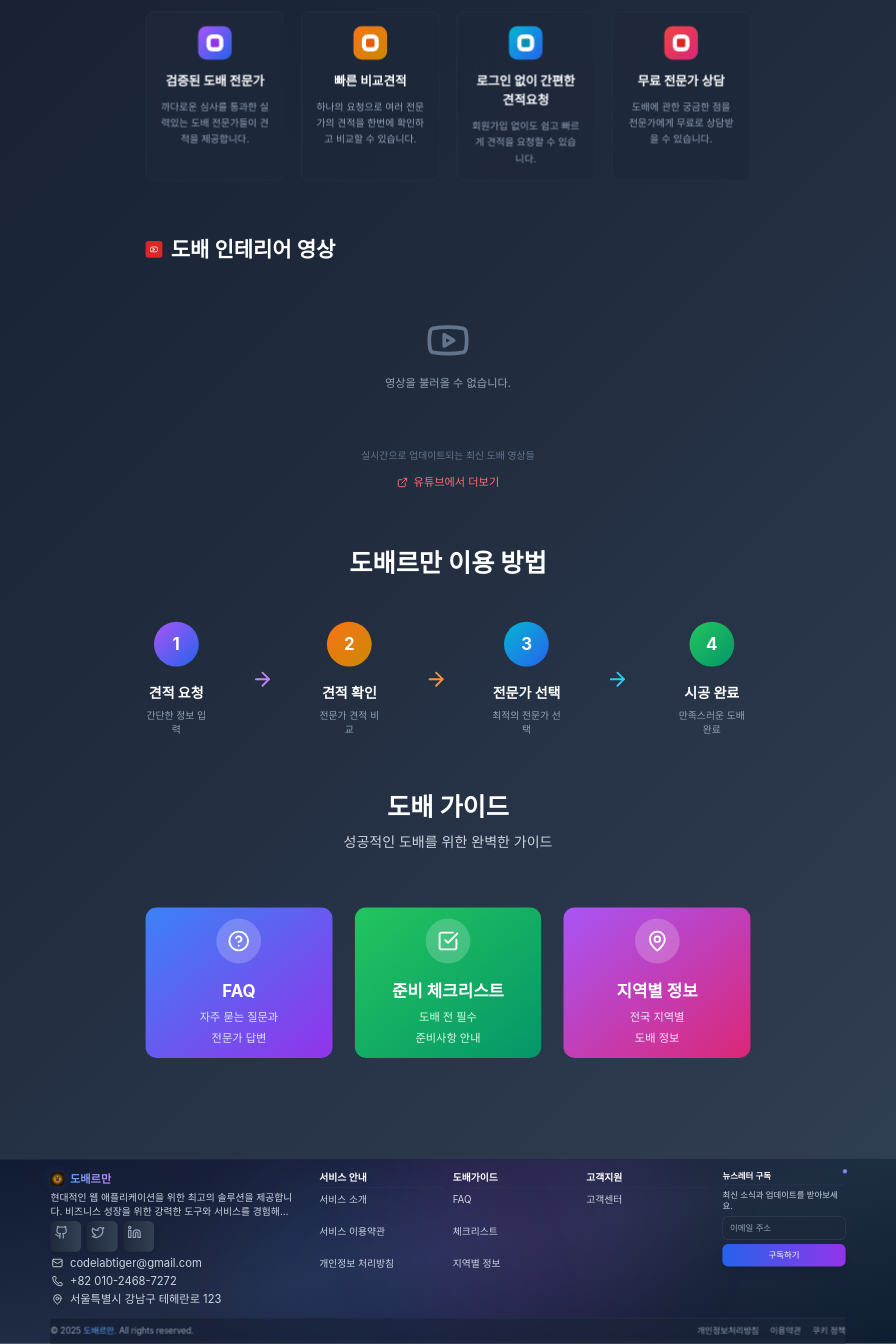
Repository: rambozzang/doberman_nextjs
Page: /
An editor plug-in stored every save of this project. The page is shown before and after the next save, followed by the edit.
The browser window is 1280 px wide. The pictures show the part of the page from y = 1345 to 3265 px (the page is 3265 px tall), at 70% of full size.
The page's requests for data from a server got no answer. The project was rebuilt for these pictures with package versions that can differ from the ones it lists, and the page was loaded fresh each time. The framework's server and built-in components were replaced by stand-ins that run in the browser. No one was signed in, and anything a server would have sent is missing. Also part of the build but not shown: next.config.mjs, next.config.ts, src/components/AutoLogoutWarning.tsx, src/components/ForgotPasswordModal.tsx, src/components/LoginModal.tsx, src/components/RegisterModal.tsx.

Above is the page before, as saved 2025-06-28 10:00:15.

After the next save:
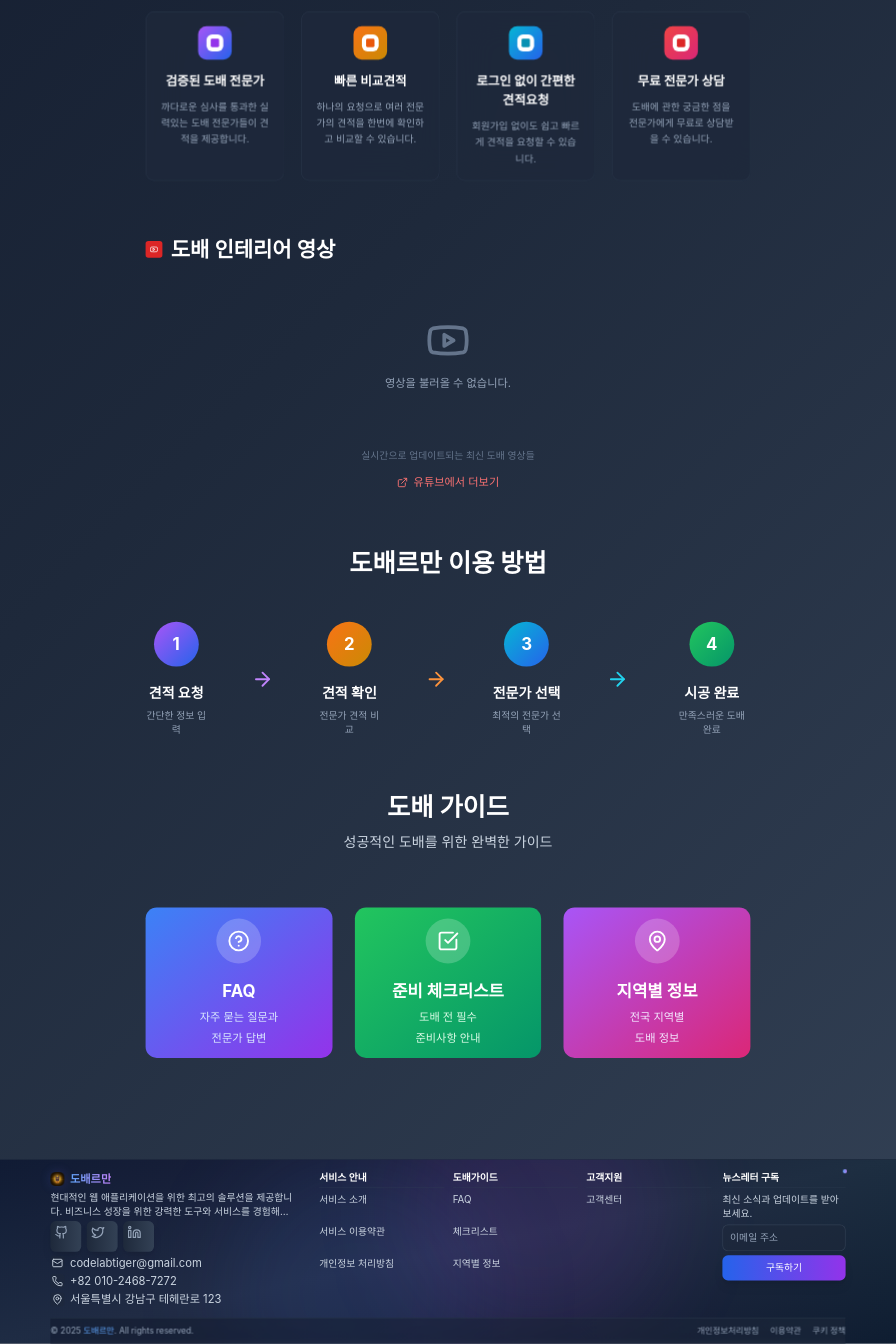
Saved 20 s later.
--- a/src/components/Footer.tsx
+++ b/src/components/Footer.tsx
@@ -315,12 +315,12 @@ const Footer: React.FC<FooterProps> = ({
                   className="space-y-1.5 lg:space-y-1.5"
                 >
                   <div className="relative">
-                    <h3 className="text-xs sm:text-sm lg:text-xs font-semibold text-white border-b border-slate-700/50 pb-1">
+                    <h3 className="text-sm sm:text-base lg:text-sm font-semibold text-white border-b border-slate-700/50 pb-1">
                       뉴스레터 구독
                     </h3>
                     <div className="absolute -top-0.5 -right-0.5 w-1.5 h-1.5 bg-gradient-to-r from-blue-400 to-purple-400 rounded-full animate-pulse"></div>
                   </div>
-                  <p className="text-xs sm:text-sm lg:text-xs text-slate-300">
+                  <p className="text-sm sm:text-base lg:text-sm text-slate-300">
                     최신 소식과 업데이트를 받아보세요.
                   </p>
                   <form onSubmit={handleNewsletterSubmit} className="space-y-1.5 lg:space-y-1.5">
@@ -328,7 +328,7 @@ const Footer: React.FC<FooterProps> = ({
                       <input
                         type="email"
                         placeholder="이메일 주소"
-                        className="w-full px-2.5 py-1.5 lg:px-2.5 lg:py-2 text-xs lg:text-xs bg-slate-800/50 border border-slate-600/50 rounded-lg focus:outline-none focus:ring-2 focus:ring-blue-500 focus:border-transparent text-white placeholder-slate-400 transition-all duration-200"
+                        className="w-full px-2.5 py-1.5 lg:px-2.5 lg:py-2 text-sm lg:text-sm bg-slate-800/50 border border-slate-600/50 rounded-lg focus:outline-none focus:ring-2 focus:ring-blue-500 focus:border-transparent text-white placeholder-slate-400 transition-all duration-200"
                         required
                       />
                       <div className="absolute inset-0 bg-gradient-to-r from-blue-600/20 to-purple-600/20 rounded-lg opacity-0 focus-within:opacity-100 transition-opacity pointer-events-none"></div>
@@ -337,7 +337,7 @@ const Footer: React.FC<FooterProps> = ({
                       type="submit"
                       whileHover={{ scale: 1.02 }}
                       whileTap={{ scale: 0.98 }}
-                      className="w-full px-2.5 py-1.5 lg:px-2.5 lg:py-2 text-xs lg:text-xs bg-gradient-to-r from-blue-600 to-purple-600 text-white rounded-lg hover:from-blue-700 hover:to-purple-700 transition-all duration-200 shadow-lg hover:shadow-xl font-medium"
+                      className="w-full px-2.5 py-1.5 lg:px-2.5 lg:py-2 text-sm lg:text-sm bg-gradient-to-r from-blue-600 to-purple-600 text-white rounded-lg hover:from-blue-700 hover:to-purple-700 transition-all duration-200 shadow-lg hover:shadow-xl font-medium"
                     >
                       구독하기
                     </motion.button>
